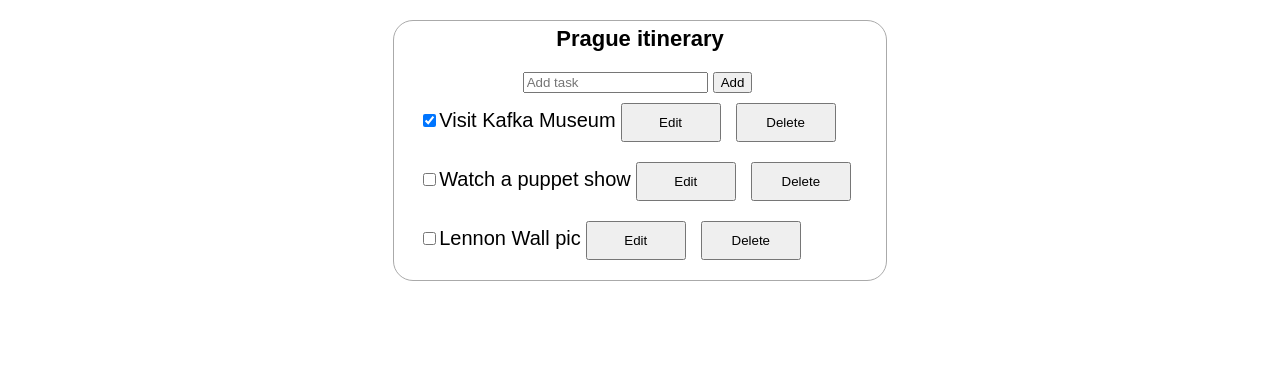
Repository: trider/my-react-app
Page: /
These files come from the project's save history. The page is drawn as it stood at one moment and after the next save; the edit follows.
The browser window is 1280 px wide. The pictures show the whole page.
The project was rebuilt for these pictures with package versions that can differ from the ones it lists, and the page was loaded fresh each time. Also part of the build but not shown: src/components/basic/Gallery.js, src/components/basic/Profile.js, src/components/utils.js, src/components/basic/Avatar.js, src/components/basic/GridX.js, src/components/time/Clock.js, src/components/time/Time.js, src/components/basic/ListT.js and 54 more. Imported but missing from the stored project, and not drawn on this page: src/components/stateManagement/Accoridion.

Above is the page before, as saved 2024-04-25 10:44:40.

### src/App.js
// import logo from './logo.svg';
import Gallery from './components/basic/Gallery.js';
import Profile from './components/basic/Profile.js';
import Avatar from './components/basic/Avatar.js';
import GridX from './components/basic/GridX.js';
import Time from './components/time/Time.js';
import List from './components/basic/ListT.js';
import ListP from './components/people/people.js';
import Tea from './components/basic/Tea.js';
import MyFancy from './components/fancyText/MyFancy.js';
import Interactive from './components/inveractive/interactive.js';
import State from './components/state/state.js';
import StateManagement from './components/stateManagement/StateManagement.js';

import Card from './components/basic/Card.js';

import './App.css';
import './styles.css';

const props = {
  avatar: {
    size: 100,
    person: {
      name: 'Katsuko Saruhashi',
      imageId: 'YfeOqp2'
    }
  },
  show: {
    default: {
      show:false,
      components:{
        clock: false,
        avatar: false,
        gallery: false,
        grid: false,
        profile: false,
        list: false,
        people: false,
        tea: true,
        fancy: true
      }
    },
    interactive: false,
    state: false,
    stateManagement: true



  }

}

const person = {
  name: 'Gregorio Y. Zara',
  theme: {
    backgroundColor: 'black',
    color: 'pink'
  }
};




let App = () => {
  return (
    <div>

      { props.show.default.show &&
        <div>
          {props.show.default.components.clock && <Card><Time /></Card>}
          {props.show.default.components.profile && <Card><Profile /></Card>}
          {props.show.default.components.grid && <Card><GridX /></Card>}
          {props.show.default.components.person &&
            <Card>
              <div style={person.theme}>
                <h1>{person.name}'s Todos</h1>
                <img
                  className="avatar"
                  src="https://i.imgur.com/7vQD0fPs.jpg"
                  alt="Gregorio Y. Zara"
                />
                <ul>
                  <li>Improve the videophone</li>
                  <li>Prepare aeronautics lectures</li>
                  <li>Work on the alcohol-fuelled engine</li>
                </ul>
              </div>
            </Card>
          }


            {props.show.default.components.avatar &&
              <Card>
                <div className="avatar"><Avatar {...props.avatar} /></div>
              </Card>

            }

            {props.show.default.components.list && <Card><List /></Card>}
            {props.show.default.components.gallery && <Card><Gallery /></Card>}
            {props.show.default.components.people && <Card><ListP /></Card>}
            {props.show.default.components.tea && <Card><Tea /></Card>}
            {props.show.default.components.fancy && <Card><MyFancy /></Card>}



        </div>
      }
      {props.show.interactive && <Interactive />}
      {props.show.state && <State />}
      {props.show.stateManagement && <StateManagement />}



    </div>


  );
}


export default App;

### src/components/stateManagement/StateManagement.js
import Quiz from "./Quiz";
import FeedbackForm from "./FeedBack";
import NameCheck from "./NameCheck";
import Menu from "./Snacks";
import Card from "../basic/Card";
import TravelPlan from "./places/TravelPlan";
import Accordion from "./Accoridion";
import Counter1 from "./Counters/Counters1";
import Counter2 from "./Counters/Counters2";
import Counter3 from "./Counters/Counters3";
import Counter4 from "./Counters/Counters4";
import Scoreboard from "./Counters/Counters5";
import Messenger from "./Contacts/Contacts";
import TaskApp from "./Reducers/TaskApp";

import './styles.css';
import './Counters/counters.css';
// import './places/places.css';

const props = {
 show: {
  quiz: false,
  feedBack: false,
  nameCheck: false,
  menu: false,
  travelPlan: false,
  accordion:false,
  counter1:false,
  counter2:false,
  counter3:false,
  counter4:false,
  scoreboard:false,
  messenger:false,
  taskApp:true

 }
};


const StateManagement = () => {


  return (
    <div>
     {props.show.quiz && <Quiz />}
     {props.show.feedBack && <FeedbackForm />}
     {props.show.nameCheck && <NameCheck />}
     {props.show.menu &&
      <Card>
        <Menu />
      </Card>}
      {props.show.travelPlan && <TravelPlan /> }
      {props.show.accordion &&  <Accordion />}
      {props.show.counter1 && <Counter1 />}
      {props.show.counter2 && <Counter2 />}
      {props.show.counter3 && <Counter3 />}
      {props.show.counter4 && <Counter4 />}
      {props.show.scoreboard && <Scoreboard />}
      {props.show.messenger && <Messenger />}
      {props.show.taskApp &&
        <Card>
         <TaskApp />
        </Card>}

    </div>
  );
}

export default StateManagement;

### src/components/basic/Card.js
import '../../styles.css';



const Card = ({ children }) => {
 return (
   <div className="card">
     {children}
   </div>
 );
}

export default Card;

### src/styles.css
* {
 box-sizing: border-box;
}

body {
 font-family: sans-serif;
 margin: 20px;
 padding: 0;
}

h1 {
 margin-top: 0;
 font-size: 22px;
}

h2 {
 margin-top: 0;
 font-size: 20px;
}

h3 {
 margin-top: 0;
 font-size: 18px;
}

h4 {
 margin-top: 0;
 font-size: 16px;
}

h5 {
 margin-top: 0;
 font-size: 14px;
}

h6 {
 margin-top: 0;
 font-size: 12px;
}

code {
 font-size: 1.2em;
}

ul {
 padding-inline-start: 20px;
 list-style-type: circle;
}

.card {
 width: fit-content;
 margin: 5px;
 display: block;
 margin-left: auto;
 margin-right: auto;
 padding: 5px;
 font-size: 20px;
 text-align: center;
 border: 1px solid #aaa;
 border-radius: 20px;
 background: #fff;
}
.avatar {
 margin: 20px;
 border-radius: 50%;
}

### src/components/people/people.css
* {
 box-sizing: border-box;
}

body {
 font-family: sans-serif;
 margin: 20px;
 padding: 0;
}

h1 {
 margin-top: 0;
 font-size: 22px;
}

h2 {
 margin-top: 0;
 font-size: 20px;
}

h3 {
 margin-top: 0;
 font-size: 18px;
}

h4 {
 margin-top: 0;
 font-size: 16px;
}

h5 {
 margin-top: 0;
 font-size: 14px;
}

h6 {
 margin-top: 0;
 font-size: 12px;
}

code {
 font-size: 1.2em;
}

ul {
 padding-inline-start: 20px;
}

ul { list-style-type: none; padding: 0px 10px; }
li {
 margin-bottom: 10px;
 display: grid;
 grid-template-columns: auto 1fr;
 gap: 20px;
 align-items: center;
}
img { width: 100px; height: 100px; border-radius: 50%; }

### src/components/fancyText/fancy.css
* {
 box-sizing: border-box;
}

body {
 font-family: sans-serif;
 margin: 20px;
 padding: 0;
}

h1 {
 margin-top: 0;
 font-size: 22px;
}

h2 {
 margin-top: 0;
 font-size: 20px;
}

h3 {
 margin-top: 0;
 font-size: 18px;
}

h4 {
 margin-top: 0;
 font-size: 16px;
}

h5 {
 margin-top: 0;
 font-size: 14px;
}

h6 {
 margin-top: 0;
 font-size: 12px;
}

code {
 font-size: 1.2em;
}

ul {
 padding-inline-start: 20px;
}

.fancy {
 font-family: 'Georgia';
}
.title {
 color: #007AA3;
 text-decoration: underline;
}
.cursive {
 font-style: italic;
}
.small {
 font-size: 10px;
}
.colorbox {
 height: 100px;
 width: 100px;
 margin: 8px;
}

### src/components/inveractive/interactive.css
* {
 box-sizing: border-box;
}

body {
 font-family: sans-serif;
 margin: 20px;
 padding: 0;
}

h1 {
 margin-top: 0;
 font-size: 22px;
}

h2 {
 margin-top: 5px;
 font-size: 20px;
}

h3 {
 margin-top: 0;
 font-size: 18px;
}

h4 {
 margin-top: 0;
 font-size: 16px;
}

h5 {
 margin-top: 0;
 font-size: 14px;
}

h6 {
 margin-top: 0;
 font-size: 12px;
}

code {
 font-size: 1.2em;
}

ul {
 padding-inline-start: 20px;
}

section {
 margin-bottom: 20px;
}

button {
 margin-top: 10px;
 margin-right: 10px;
 margin-bottom: 15px;
}


.Toolbar {
 background: #aaa;
 padding: 5px;
}

### src/components/state/state.css
* {
 box-sizing: border-box;
}

body {
 font-family: sans-serif;
 margin: 20px;
 padding: 0;
}

h1 {
 margin-top: 0;
 font-size: 22px;
}

h2 {
 margin-top: 0;
 font-size: 20px;
}

h3 {
 margin-top: 0;
 font-size: 18px;
}

h4 {
 margin-top: 0;
 font-size: 16px;
}

h5 {
 margin-top: 0;
 font-size: 14px;
}

h6 {
 margin-top: 0;
 font-size: 12px;
}

code {
 font-size: 1.2em;
}

ul {
 padding-inline-start: 20px;
 list-style-type: circle;
}


label, textarea { margin-bottom: 10px; display: block; }

.cardState {
 width:max-content;
 margin: 5px;
 display: block;
 /* margin-left: auto;
 margin-right: auto; */
 padding: 5px;
 font-size: 20px;
 text-align: center;
 border: 1px solid #aaa;
 border-radius: 20px;
 background: #fff;
}

### src/components/stateManagement/Reducers/TaskApp.js
import { useState } from 'react';
import AddTask from './AddTask.js';
import TaskList from './TaskList.js';
import './styles.css';

export default function TaskApp() {
  const [tasks, setTasks] = useState(initialTasks);

  function handleAddTask(text) {
    setTasks([
      ...tasks,
      {
        id: nextId++,
        text: text,
        done: false,
      },
    ]);
  }

  function handleChangeTask(task) {
    setTasks(
      tasks.map((t) => {
        if (t.id === task.id) {
          return task;
        } else {
          return t;
        }
      })
    );
  }

  function handleDeleteTask(taskId) {
    setTasks(tasks.filter((t) => t.id !== taskId));
  }

  return (
    <>
      <h1>Prague itinerary</h1>
      <AddTask onAddTask={handleAddTask} />
      <TaskList
        tasks={tasks}
        onChangeTask={handleChangeTask}
        onDeleteTask={handleDeleteTask}
      />
    </>
  );
}

let nextId = 3;
const initialTasks = [
  {id: 0, text: 'Visit Kafka Museum', done: true},
  {id: 1, text: 'Watch a puppet show', done: false},
  {id: 2, text: 'Lennon Wall pic', done: false},
];

### src/components/stateManagement/styles.css
* {
 box-sizing: border-box;
}

body {
 font-family: sans-serif;
 margin: 20px;
 padding: 0;
}

h1 {
 margin-top: 0;
 font-size: 22px;
}

h2 {
 margin-top: 0;
 font-size: 20px;
}

h3 {
 margin-top: 0;
 font-size: 18px;
}

h4 {
 margin-top: 0;
 font-size: 16px;
}

h5 {
 margin-top: 0;
 font-size: 14px;
}

h6 {
 margin-top: 0;
 font-size: 12px;
}

code {
 font-size: 1.2em;
}

ul {
 padding-inline-start: 20px;
}

h3, p { margin: 5px 0px; }
.panel {
 padding: 10px;
 border: 1px solid #aaa;
}

### src/components/stateManagement/Counters/counters.css
* {
 box-sizing: border-box;
}

body {
 font-family: sans-serif;
 margin: 20px;
 padding: 0;
}

h1 {
 margin-top: 0;
 font-size: 22px;
}

h2 {
 margin-top: 0;
 font-size: 20px;
}

h3 {
 margin-top: 0;
 font-size: 18px;
}

h4 {
 margin-top: 0;
 font-size: 16px;
}

h5 {
 margin-top: 0;
 font-size: 14px;
}

h6 {
 margin-top: 0;
 font-size: 12px;
}

code {
 font-size: 1.2em;
}

ul {
 padding-inline-start: 20px;
}

label {
 display: block;
 clear: both;
}

.counter {
 width: 100px;
 text-align: center;
 border: 1px solid gray;
 border-radius: 4px;
 padding: 20px;
 margin: 0 20px 20px 0;
 float: left;
}

.hover {
 background: #ffffd8;
}

### src/components/stateManagement/places/places.css
* {
 box-sizing: border-box;
}

body {
 font-family: sans-serif;
 margin: 20px;
 padding: 0;
}

h1 {
 margin-top: 0;
 font-size: 22px;
}

h2 {
 margin-top: 0;
 font-size: 20px;
}

h3 {
 margin-top: 0;
 font-size: 18px;
}

h4 {
 margin-top: 0;
 font-size: 16px;
}

h5 {
 margin-top: 0;
 font-size: 14px;
}

h6 {
 margin-top: 0;
 font-size: 12px;
}

code {
 font-size: 1.2em;
}

ul {
 padding-inline-start: 20px;
 text-align: left;
 /* vertical-align: top; */
}

li {
 margin-bottom: 10px;
 /* vertical-align: top; */
}

### src/components/stateManagement/Contacts/contacts.css
* {
 box-sizing: border-box;
}

body {
 font-family: sans-serif;
 margin: 20px;
 padding: 0;
}

h1 {
 margin-top: 0;
 font-size: 22px;
}

h2 {
 margin-top: 0;
 font-size: 20px;
}

h3 {
 margin-top: 0;
 font-size: 18px;
}

h4 {
 margin-top: 0;
 font-size: 16px;
}

h5 {
 margin-top: 0;
 font-size: 14px;
}

h6 {
 margin-top: 0;
 font-size: 12px;
}

code {
 font-size: 1.2em;
}

ul {
 padding-inline-start: 20px;
}

.chat, .contact-list {
 float: left;
 margin-bottom: 20px;
}
ul, li {
 list-style: none;
 margin: 0;
 padding: 0;
}
li button {
 width: 100px;
 padding: 10px;
 margin-right: 10px;
}
textarea {
 height: 150px;
}

### src/components/stateManagement/Reducers/AddTask.js
import { useState } from 'react';

export default function AddTask({onAddTask}) {
  const [text, setText] = useState('');
  return (
    <>
      <input
        placeholder="Add task"
        value={text}
        onChange={(e) => setText(e.target.value)}
      />
      <button
        onClick={() => {
          setText('');
          onAddTask(text);
        }}>
        Add
      </button>
    </>
  );
}

### src/components/stateManagement/Reducers/TaskList.js
import { useState } from 'react';

export default function TaskList({tasks, onChangeTask, onDeleteTask}) {
  return (
    <ul>
      {tasks.map((task) => (
        <li key={task.id}>
          <Task task={task} onChange={onChangeTask} onDelete={onDeleteTask} />
        </li>
      ))}
    </ul>
  );
}

function Task({task, onChange, onDelete}) {
  const [isEditing, setIsEditing] = useState(false);
  let taskContent;
  if (isEditing) {
    taskContent = (
      <>
        <input
          value={task.text}
          onChange={(e) => {
            onChange({
              ...task,
              text: e.target.value,
            });
          }}
        />
        <button onClick={() => setIsEditing(false)}>Save</button>
      </>
    );
  } else {
    taskContent = (
      <>
        {task.text}
        <button onClick={() => setIsEditing(true)}>Edit</button>
      </>
    );
  }
  return (
    <label>
      <input
        type="checkbox"
        checked={task.done}
        onChange={(e) => {
          onChange({
            ...task,
            done: e.target.checked,
          });
        }}
      />
      {taskContent}
      <button onClick={() => onDelete(task.id)}>Delete</button>
    </label>
  );
}

### src/components/stateManagement/Reducers/styles.css
* {
  box-sizing: border-box;
}

body {
  font-family: sans-serif;
  margin: 20px;
  padding: 0;
}

h1 {
  margin-top: 0;
  font-size: 22px;
}

h2 {
  margin-top: 0;
  font-size: 20px;
}

h3 {
  margin-top: 0;
  font-size: 18px;
}

h4 {
  margin-top: 0;
  font-size: 16px;
}

h5 {
  margin-top: 0;
  font-size: 14px;
}

h6 {
  margin-top: 0;
  font-size: 12px;
}

code {
  font-size: 1.2em;
}

ul {
  padding-inline-start: 20px;
}

button {
  margin: 5px;
}
li {
  list-style-type: none;
}
ul,
li {
  margin: 0;
  padding: 0;
}

### src/components/stateManagement/Reducers/tasksReducer.js
export default function tasksReducer(tasks, action) {
 switch (action.type) {
   case 'added': {
     return [
       ...tasks,
       {
         id: action.id,
         text: action.text,
         done: false,
       },
     ];
   }
   case 'changed': {
     return tasks.map((t) => {
       if (t.id === action.task.id) {
         return action.task;
       } else {
         return t;
       }
     });
   }
   case 'deleted': {
     return tasks.filter((t) => t.id !== action.id);
   }
   default: {
     throw Error('Unknown action: ' + action.type);
   }
 }
}

Loaded but not shown: public/index.html (common file); src/index.js (common file); src/index.css (common file); src/reportWebVitals.js (common file)

After the next save:
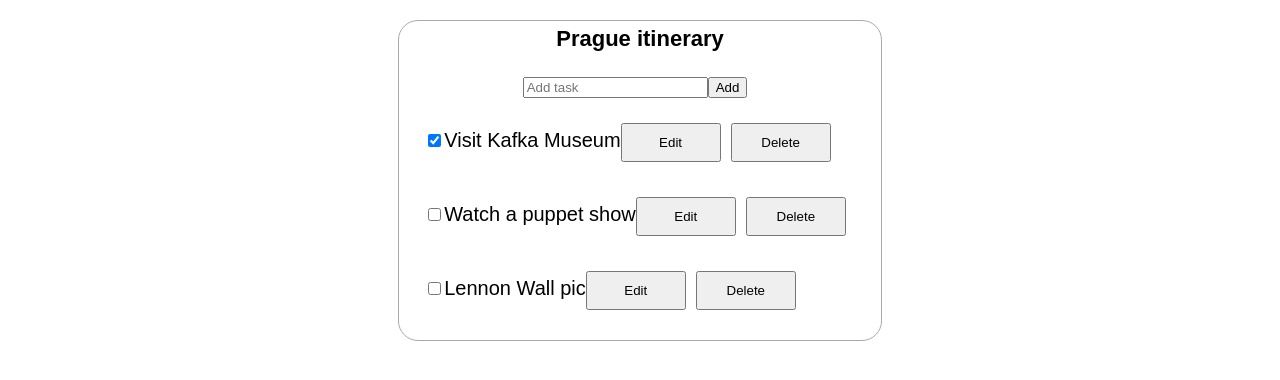
Saved 4 min 11 s later.
--- a/src/components/stateManagement/Reducers/TaskApp.js
+++ b/src/components/stateManagement/Reducers/TaskApp.js
@@ -1,36 +1,31 @@
-import { useState } from 'react';
+import { useReducer } from 'react';
 import AddTask from './AddTask.js';
 import TaskList from './TaskList.js';
-import './styles.css';
+import tasksReducer from './tasksReducer.js';
 
 export default function TaskApp() {
-  const [tasks, setTasks] = useState(initialTasks);
+  const [tasks, dispatch] = useReducer(tasksReducer, initialTasks);
 
   function handleAddTask(text) {
-    setTasks([
-      ...tasks,
-      {
-        id: nextId++,
-        text: text,
-        done: false,
-      },
-    ]);
+    dispatch({
+      type: 'added',
+      id: nextId++,
+      text: text,
+    });
   }
 
   function handleChangeTask(task) {
-    setTasks(
-      tasks.map((t) => {
-        if (t.id === task.id) {
-          return task;
-        } else {
-          return t;
-        }
-      })
-    );
+    dispatch({
+      type: 'changed',
+      task: task,
+    });
   }
 
   function handleDeleteTask(taskId) {
-    setTasks(tasks.filter((t) => t.id !== taskId));
+    dispatch({
+      type: 'deleted',
+      id: taskId,
+    });
   }
 
   return (
